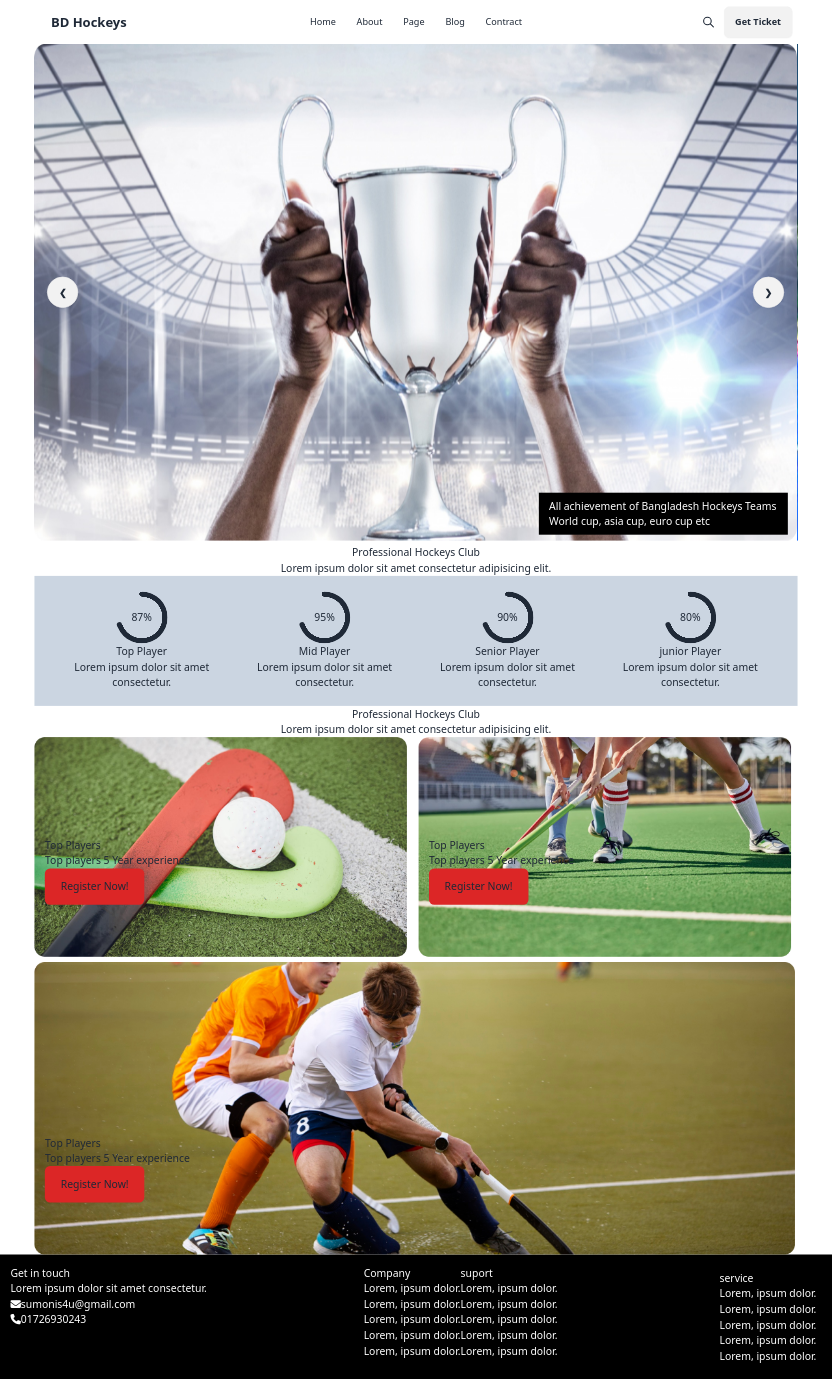
Repository: sumonkumarsarkar/bd-hockeys-team
Page: index.html
The author's editor kept a copy of each file at every save. The page is drawn from the files as they stood at one save, then again after the next save.
The browser window is 1280 px wide. The pictures show the whole page, at 65% of full size.
Some web libraries are served in a nearby version.

Above is the page before, as saved 2024-01-23 23:11:37.

After the next save:
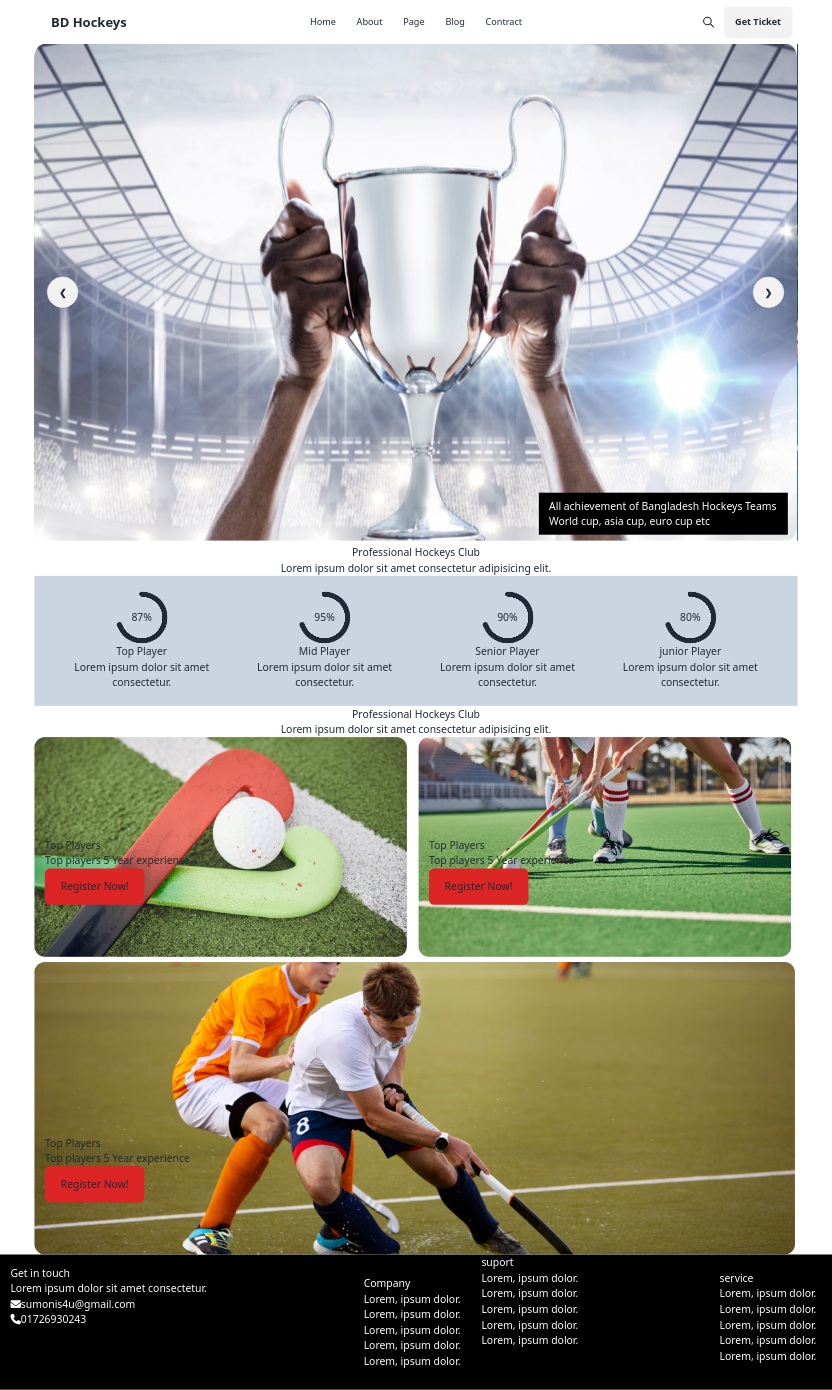
Saved 17 s later.
--- a/index.html
+++ b/index.html
@@ -222,8 +222,8 @@
 
                  <div>
 
-                    <div class="flex justify-between p-4">
-                        <div>
+                    <div class="flex justify-between">
+                        <div class="p-8">
                             <h2>Company</h2>
                             <p>Lorem, ipsum dolor.</p>
                             <p>Lorem, ipsum dolor.</p>
